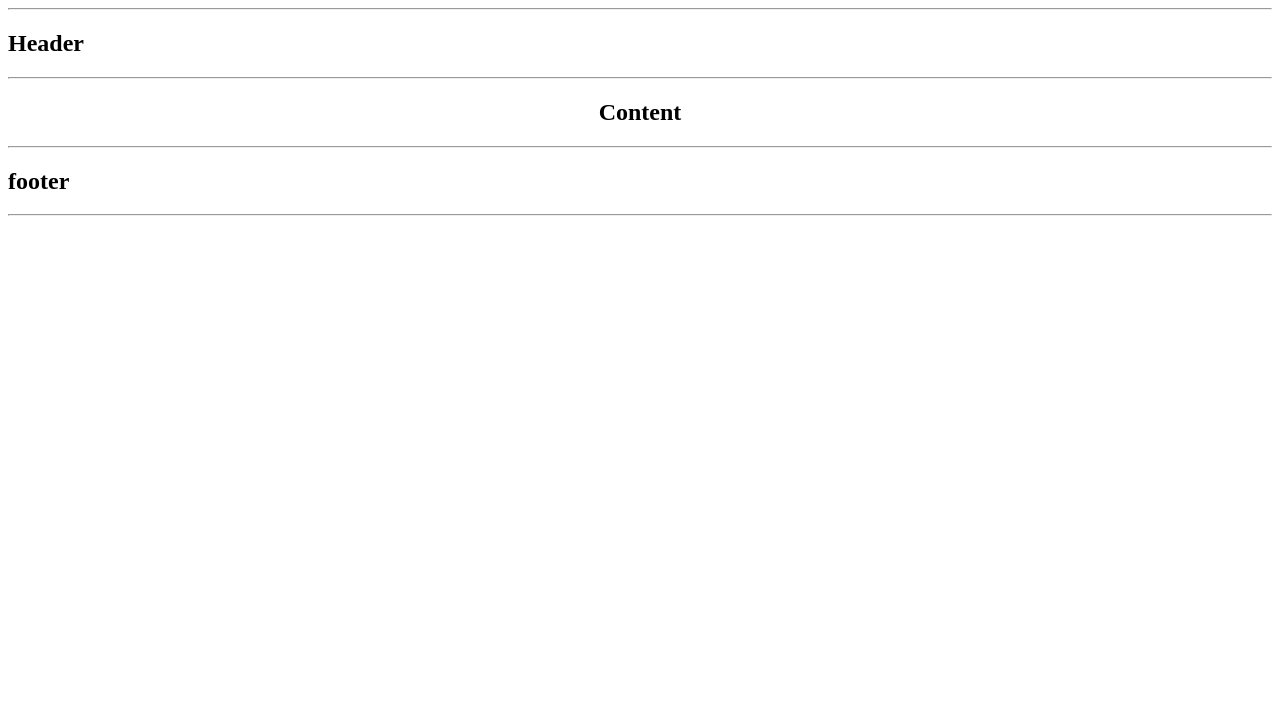
Repository: ksh940911/KH_SEMI_PROJECT
Page: http://localhost/yeogiyo/index.jsp
These files come from the project's save history. The page is drawn as it stood at one moment and after the next save; the edit follows.
The browser window is 1280 px wide. The pictures show the whole page.
The page is served by Tomcat 9. Nobody is signed in. The application's start-up code is not run.

Above is the page before, as saved 2021-04-14 13:04:03.

After the next save:
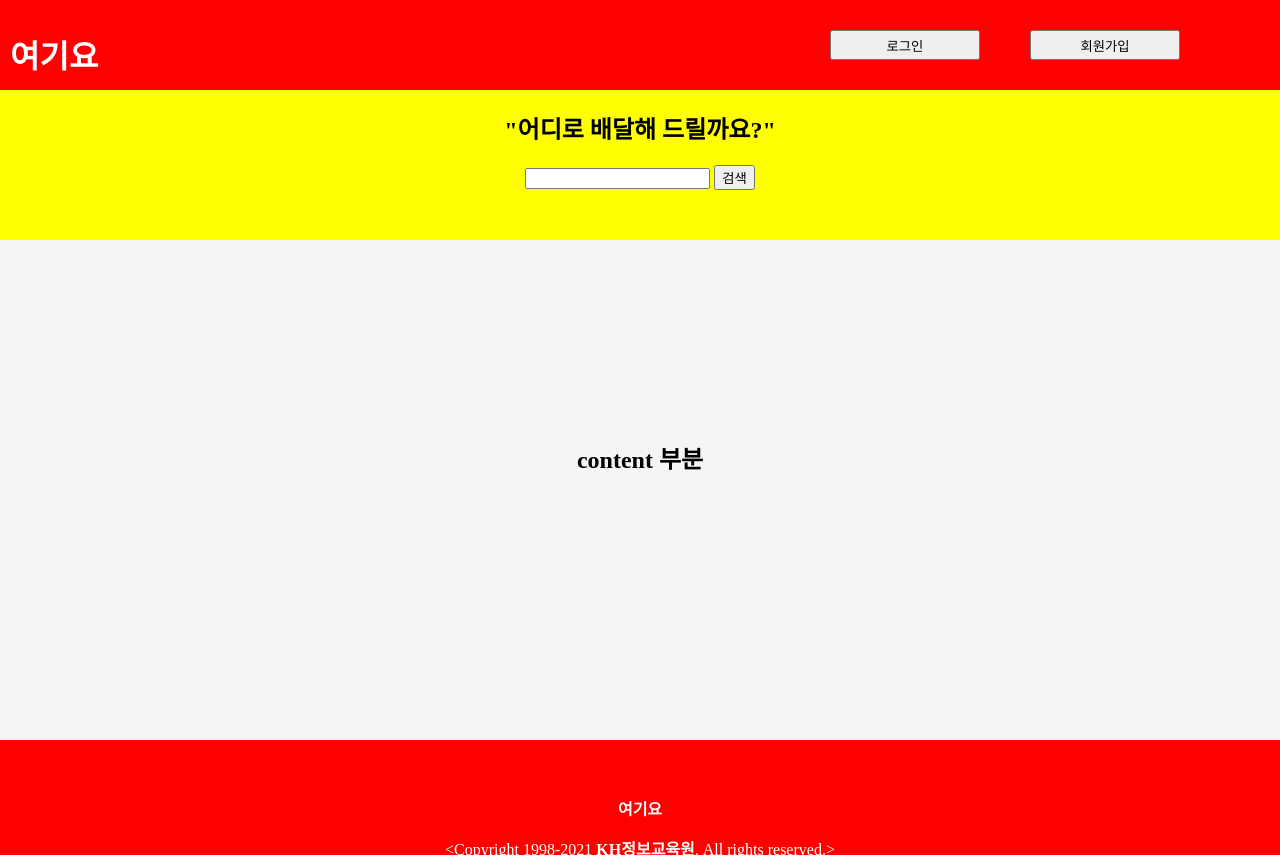
Saved 16 min 56 s later.
--- a/yeogiyo/WebContent/index.jsp
+++ b/yeogiyo/WebContent/index.jsp
@@ -1,7 +1,91 @@
+
 <%@ page language="java" contentType="text/html; charset=UTF-8"
     pageEncoding="UTF-8"%>
-<%@ include file="/WEB-INF/views/common/header.jsp" %>
+<!DOCTYPE html>
+<html>
+<head>
+<meta charset="UTF-8">
+<title>yeogiyo-main</title>
+<%-- <link rel="stylesheet" href="<%=request.getContextPath() %>/css/main.css" /> --%>
+<script src="<%= request.getContextPath() %>/js/jquery-3.6.0.js"></script>
+<style>
+        body {margin: 0; padding: 0;}
+        /********** 전체컨테이너 **********/
+        div#container	{background-color:#F0F0F0; width:100%; margin:0 auto;}
 
-	<h1 align="center" style="margit-top:400px;">Content</h1>
 
-<%@ include file="/WEB-INF/views/common/footer.jsp" %>
+        /********** header **********/
+        header	{background: red; height:80px; position:relative; padding:10px 0 0 0; }
+        header h1 {margin-left:10px;  color:white;}
+        #loginBtn {position:absolute; width:150px; height:30px; top: 30px; right: 300px;}
+        #joinBtn {position:absolute; width:150px; height:30px; top: 30px; right: 100px;}
+
+
+        /********** search **********/
+        section#search { background-color: yellow; float:left; width:100%; height: 150px; text-align: center;}
+
+        /********** content **********/
+        section#content	{ background-color:#F5F5F5; float:left; width:100%; min-height:500px; }
+
+
+
+        /********** footer **********/
+        footer { background-color:red; clear:both; height:75px; text-align:center;padding-top:40px;}
+        footer p {color: white;}
+
+</style>
+
+</head>
+<body>
+	<%-- <h1>category</h1>
+	<ul>
+		<li>Random</li>
+		<li><a href="<%= request.getContextPath() %>/restaurant/restaurantList.do">전체보기</a></li>
+		<li>프랜차이즈</li>
+		<li>피자/양식</li>
+		<li>중국집</li>
+		<li>한식</li>
+		<li>족발/보쌈</li>
+		<li>분식</li>
+		<li>카페/디저트</li>
+	</ul> --%>
+
+	 <div id="container">
+
+        <header>
+            <h1>여기요</h1>
+            	<button type="button" id="loginBtn" onclick="location.href='<%= request.getContextPath() %>/member/memberlogin';">로그인</button>
+            	<button type="button" id="joinBtn" onclick="location.href='<%= request.getContextPath() %>/member/memberEnroll';">회원가입</button>
+        </header>
+
+        <section id="search">
+
+            <h2 align="center">"어디로 배달해 드릴까요?"</h2>
+            <form action=""  method="GET">
+                <input type="text" name="foodname" id="foodname">
+                <input type="submit" value="검색">
+            </form>
+
+        </section>
+
+
+        <section id="content">
+
+            <h2 align="center" style="margin-top:200px;">content 부분</h2>
+
+        </section>
+
+
+        <footer>
+            <p><strong>여기요</strong></p>
+            <p>&lt;Copyright 1998-2021 <strong>KH정보교육원</strong>. All rights reserved.&gt;</p>
+
+        </footer>
+
+
+    </div>
+
+
+
+</body>
+</html>
